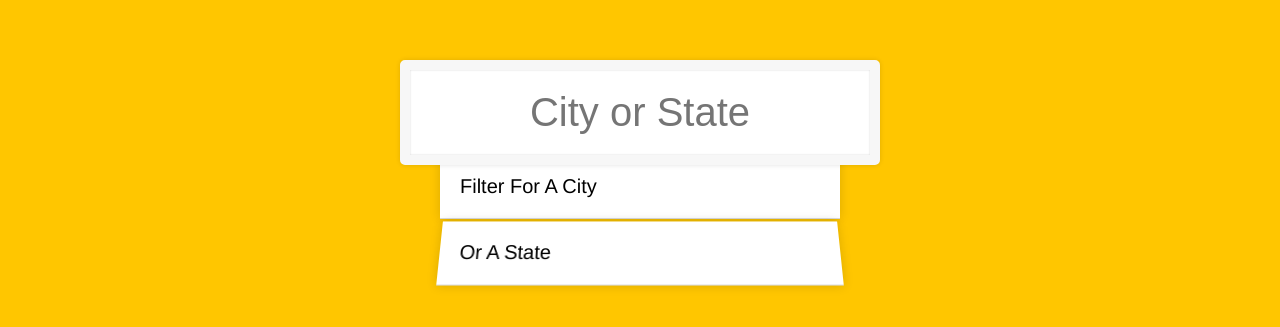
Repository: Saieebawake/Type-Ahead-City-or-State-Search
Page: index.html
An editor plug-in stored every save of this project. The page is shown before and after the next save, followed by the edit.
The browser window is 1280 px wide. The pictures show the whole page.
The page's requests for data from a server got no answer.

Above is the page before, as saved 2026-09-27 20:43:15.

### index.html
<!DOCTYPE html>
<html lang="en">
<head>
    <meta charset="UTF-8">
    <meta name="viewport" content="width=device-width, initial-scale=1.0">
    <title>Type Ahead</title>
    <link rel="stylesheet" href="style.css">
</head>
<body>
    <form class="search-form">
        <input type="text" class="search" placeholder="City or State">
        <ul class="suggestions">
            <li>Filter for a city</li>
            <li>or a state</li>
        </ul>
    </form>
    <script src="script.js"></script>
</body>
</html>

### style.css
html {
    box-sizing: border-box;
    background: #ffc600;
    font-family: 'helvetica neue';
    font-size: 20px;
    font-weight: 200;
}

*, *:before, *:after {
    box-sizing: inherit;
}

input {
    width: 100%;
    padding: 20px;
}

.search-form {
    max-width: 400px;
    margin: 50px auto;
}

input.search {
    margin: 0;
    text-align: center;
    outline: 0;
    border: 10px solid #f7f7f7;
    width: 120%;
    left: -10%;
    position: relative;
    top: 10px;
    z-index: 2;
    border-radius: 5px;
    font-size: 40px;
    box-shadow: 0 0 5px rgba(0, 0, 0, 0.12), inset 0 0 2px rgba(0, 0, 0, 0.19);
}

.suggestions {
    margin: 0;
    padding: 0;
    position: relative;
}

.suggestions li {
    background: white;
    list-style: none;
    border-bottom: 1px solid #d8d8d8;
    box-shadow: 0 0 10px rgba(0, 0, 0, 0.14);
    margin: 0;
    padding: 20px;
    transition: background 0.2s;
    display: flex;
    justify-content: space-between;
    text-transform: capitalize;
}

.suggestions li:nth-child(even) {
    transform: perspective(100px) rotateX(3deg) translateY(2px) scale(1.001);
    background: linear-gradient(to bottom, #ffffff 0%, #ee)

### script.js
const endpoint = 'https://gist.githubusercontent.com/Miserlou/c5cd8364bf9b2420bb29/raw/2bf258763cdddd704f8ffd3ea9a3e81d25e2c6f6/cities.json'

const cities = [];

fetch(endpoint)
.then(blob => blob.json())
.then(data => cities.push(...data))

function findMatches(wordToMatch, cities) {
    return cities.filter(place => {
        const regex = new RegExp(wordToMatch, 'gi');
        return place.city.match(regex) || place.state.match(regex)
    });
}

function numberWithCommas(x) {
    return x.toString().replace(/|B(?=(\d{3})+(?!\d))/g, ',');
}

function displayMatches() {
    const matchArray = findMatches(this.value, cities);
    const html = matchArray.map(place => {
        const regex = new RegExp(this.value, 'gi');
        const cityName = place.city.replace(regex,`<span class="hl">${this.value}</span>`);
        const stateName = place.state.replace(regex,`<span class="hl">${this.value}</span>`);
        return `
        <li>
        <span class="name">${cityName}, ${stateName}</span>
        <span class="population">${numberWithCommas(place.population)}</span>
        </li>`;
    }).join('');
    suggestions.innerHTML = html;
}

const searchInput = document.querySelector('.search');
const suggestions = document.querySelector('.suggestions');

searchInput.addEventListener('change', displayMatches);
searchInput.addEventListener('keyup', displayMatches);

After the next save:
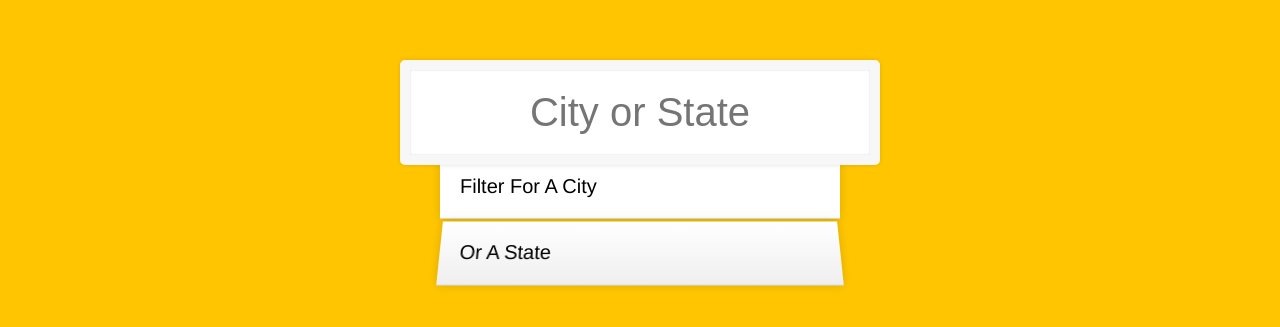
Saved 4 s later.
--- a/style.css
+++ b/style.css
@@ -56,4 +56,4 @@ input.search {
 
 .suggestions li:nth-child(even) {
     transform: perspective(100px) rotateX(3deg) translateY(2px) scale(1.001);
-    background: linear-gradient(to bottom, #ffffff 0%, #ee)
+    background: linear-gradient(to bottom, #ffffff 0%, #efefef)
